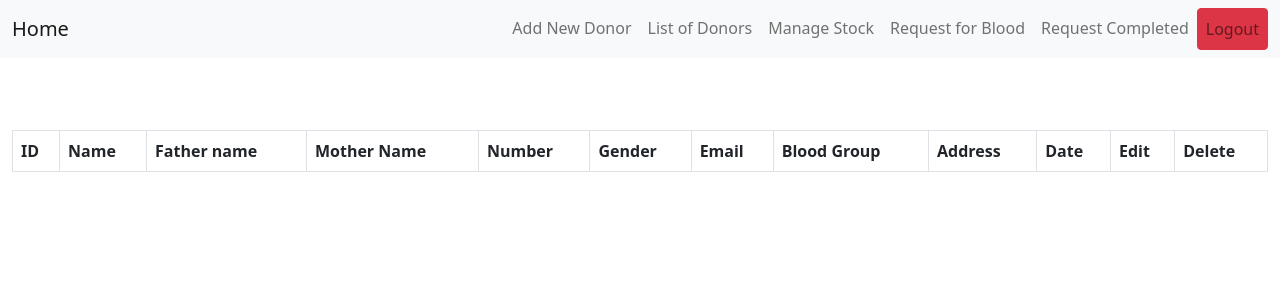
Repository: kshitizJ/Blood-Bank-Management-System-in-jsp
Page: http://localhost/Blood_Bank_Management_System/editDeleteList.jsp
These files come from the project's save history. The page is drawn as it stood at one moment and after the next save; the edit follows.
The browser window is 1280 px wide. The pictures show the whole page.
The page is served by Tomcat 9. Queries for data that is not in the repository find no rows.

Above is the page before, as saved 2021-04-28 09:12:43.

After the next save:
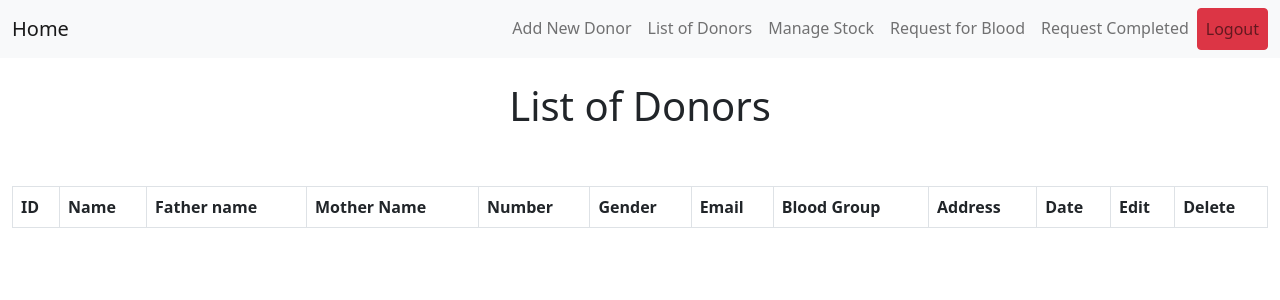
Saved 34 s later.
--- a/Blood Bank Management System/WebContent/editDeleteList.jsp
+++ b/Blood Bank Management System/WebContent/editDeleteList.jsp
@@ -14,6 +14,7 @@
 <body>
 
 	<br>
+	<h1 class="text-center">List of Donors</h1>
 	<br>
 	<br>
 	<div class="container-fluid">
